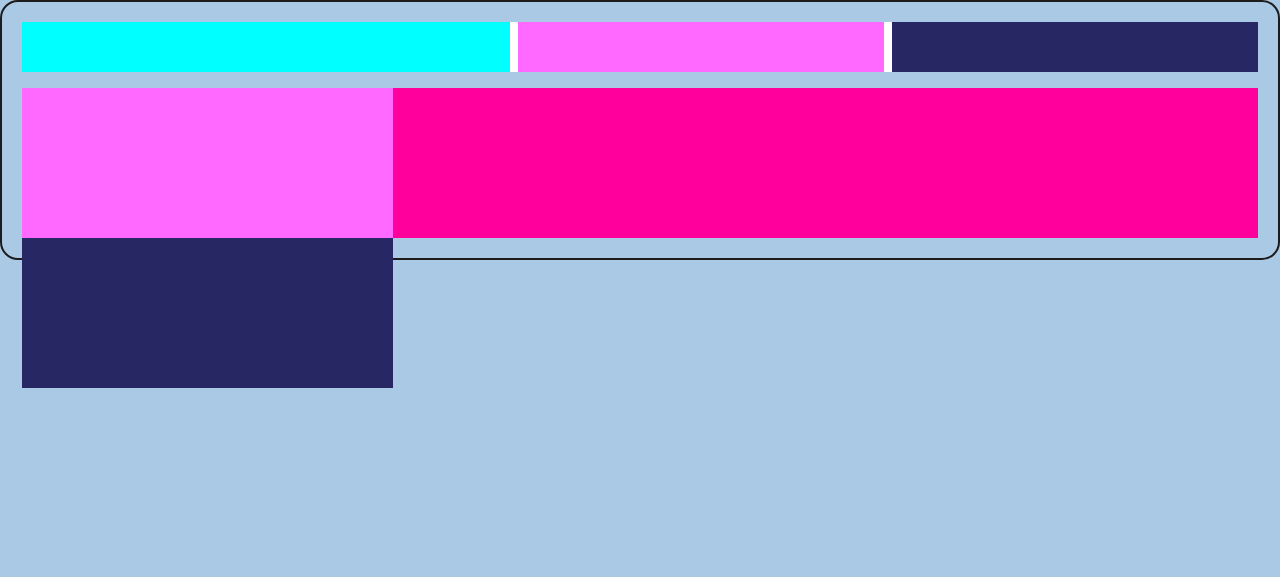
Repository: SbuKhoza/furniture
Page: /
These files come from the project's save history. The page is drawn as it stood at one moment and after the next save; the edit follows.
The browser window is 1280 px wide. The pictures show the whole page.
The project was rebuilt for these pictures with package versions that can differ from the ones it lists, and the page was loaded fresh each time.

Above is the page before, as saved 2024-07-12 12:19:21.

### src/App.js

import './App.css';

function App() {
  return (

    <div className='App'>

      <nav>
        <div className='cont1'>

        </div>

        <div className='cont2'>

        </div>

        <div className='cont3'>

        </div>

      </nav>

      <main>

        <div className='cont4'>

        </div>

        <div className='cont5'>

        </div>

        <div className='cont6'>

        </div>

      </main>



    </div>


  );
}

export default App;

### src/App.css
body {
  background-color: rgb(170, 201, 228);
}

.App {
  display: grid;
  grid-template-columns: 2fr 1fr 1fr;
  /* grid-template-rows: 0.3fr 3fr; */
  grid-template-areas: 'nav nav nav'
  'main main main';
  padding: 20px 20px;
  border: 2px solid rgb(29, 27, 27);
  border-radius: 18px;
  gap: 1em;

}

/* Navigation */

nav {
  grid-area: nav;
  background-color: rgb(255, 255, 255);
  display: flex;
  justify-content: space-between;
  align-items: center;
  height: 50px;
  /* border: 2px solid rgb(115, 245, 89); */
  border-radius: 18px;
  gap: 0.5em;

}

.cont1 {
  width: 40%;
  background-color: aqua;
  height: 100%;



}

.cont2 {
  width: 30%;
  background-color: rgb(255, 105, 255);
  height: 100%;


}

.cont3 {
  width: 30%;
  background-color: rgb(39, 40, 99);
  height: 100%;

}

main {
  grid-area: main;
  background-color: rgb(255, 0, 157);
  height: 150px;

}

.cont1 {
  width: 40%;
  background-color: aqua;
  height: 100%;



}

.cont5 {
  width: 30%;
  background-color: rgb(255, 105, 255);
  height: 100%;


}

.cont6 {
  width: 30%;
  background-color: rgb(39, 40, 99);
  height: 100%;

}

Loaded but not shown: public/index.html (common file); src/index.js (common file); src/index.css (common file); src/reportWebVitals.js (common file)

After the next save:
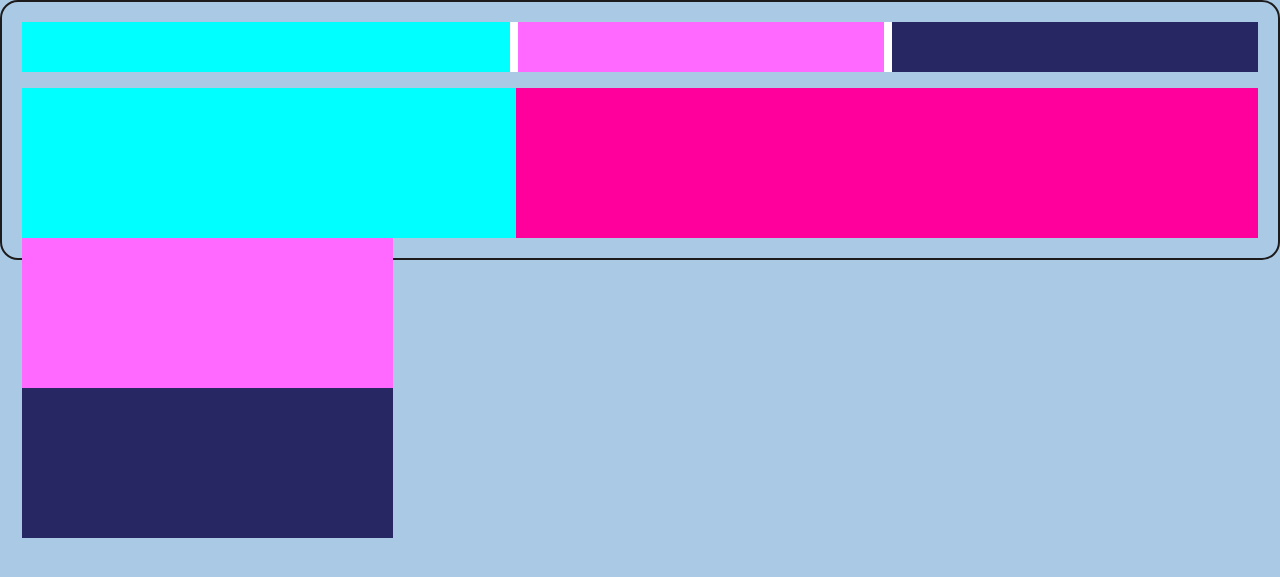
Saved 4 s later.
--- a/src/App.css
+++ b/src/App.css
@@ -61,7 +61,7 @@ main {
 
 }
 
-.cont1 {
+.cont4 {
   width: 40%;
   background-color: aqua;
   height: 100%;
